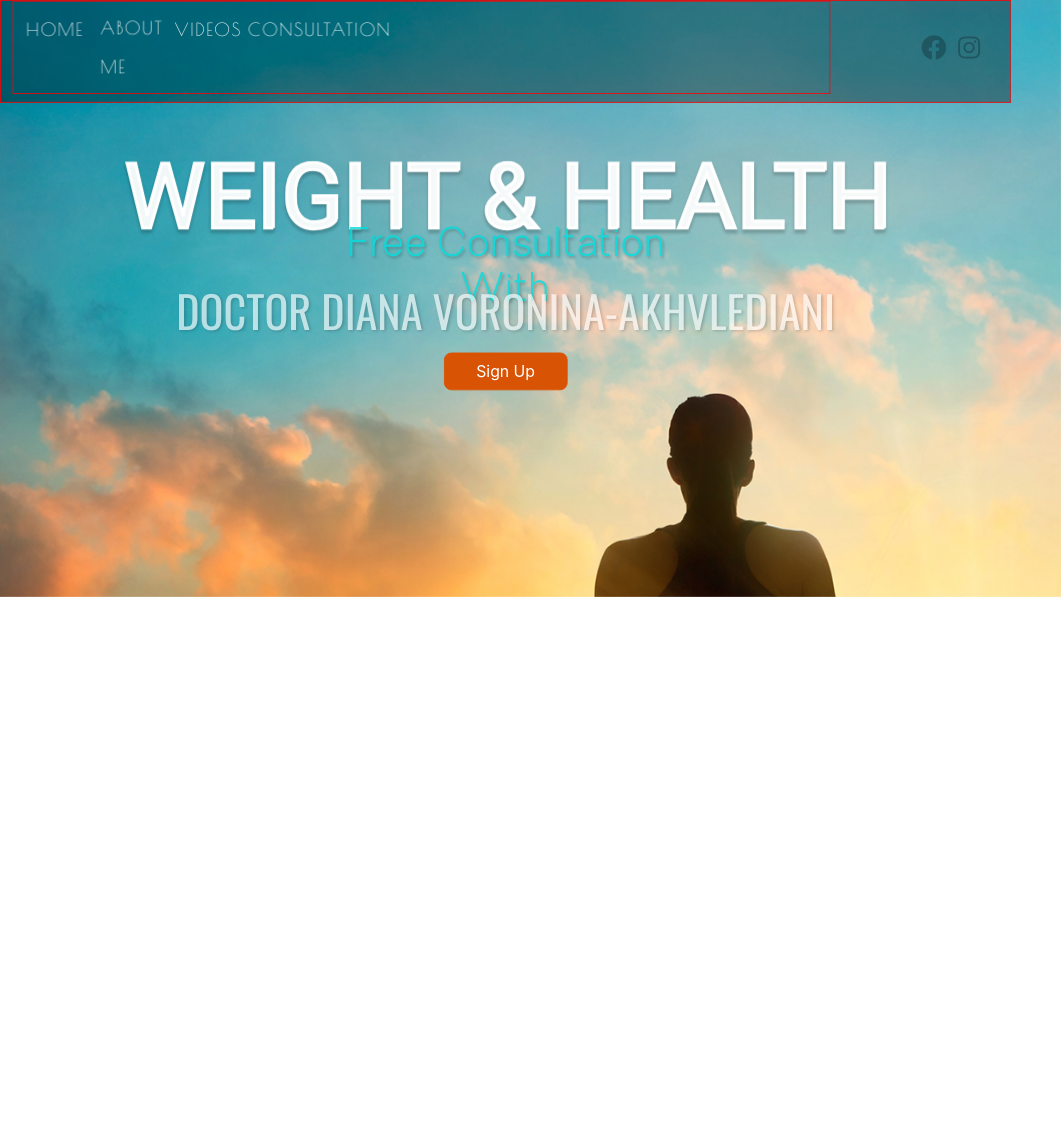
Repository: Aleksandre19/cv-ucmp
Page: index.html
The author's editor kept a record of every edit. The page is drawn from the files as they stood at one moment, then again after the next edit.
The browser window is 1280 px wide. The page is 1343 px wide, so the pictures cover 1343 px, including what lies to the right of the window. The pictures show the whole page, at 79% of full size.
Backgrounds fixed to the window are drawn as part of the page. Some web libraries are served in a nearby version.

Above is the page before.

After the next edit:
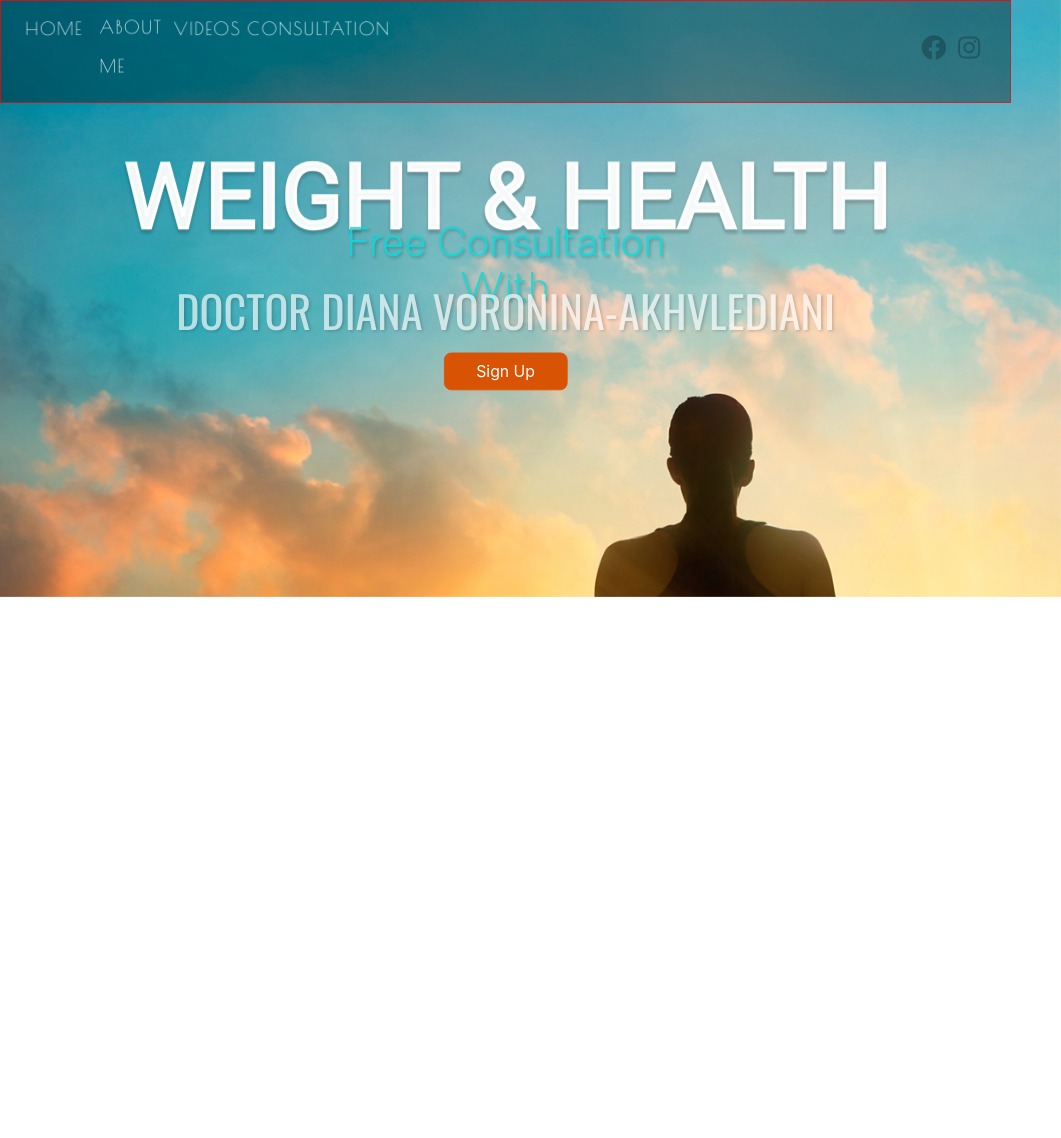
The edit:
--- a/assets/css/style.css
+++ b/assets/css/style.css
@@ -60,10 +60,7 @@
 
 /*  Main Menu */
 
-nav{
-    width:100%;
-    border:1px solid red;
-}
+
 .main-menu,
 .social-links a {
     /* Aligning menu links and social icons on one line */
